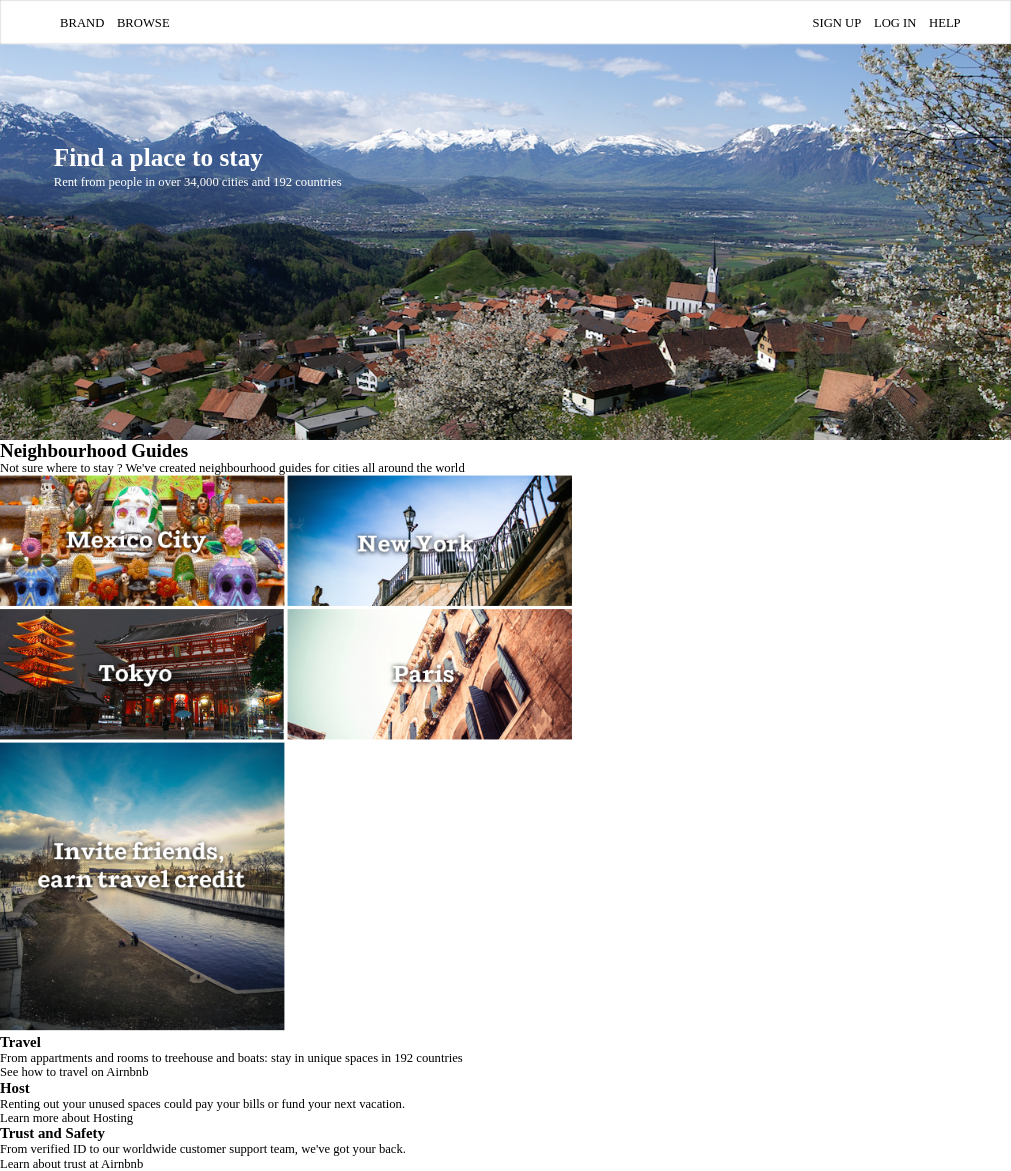
Repository: Naohonproject/web101x02_asm1
Page: Project2.html
An editor plug-in stored every save of this project. The page is shown before and after the next save, followed by the edit.
The browser window is 1280 px wide. The pictures show the whole page, at 79% of full size.

Above is the page before, as saved 2022-01-15 18:27:29.

### Project2.html
<!-- @format -->

<!DOCTYPE html>
<html lang="en">
	<head>
		<meta charset="UTF-8" />
		<meta http-equiv="X-UA-Compatible" content="IE=edge" />
		<meta name="viewport" content="width=device-width, initial-scale=1.0" />
		<link rel="stylesheet" href="./assets/css/style.css" />
		<link rel="stylesheet" href="./assets/css/responsive.css" />
		<title>Homepage</title>
	</head>
	<body>
		<div id="header">
			<div class="header-wrapper">
				<div class="nav-bar">
					<ul class="left-nav pull-left">
						<li>Brand</li>
						<li>Browse</li>
					</ul>
					<ul class="right-nav pull-right">
						<li><a href="Signup.html">Sign Up</a></li>
						<li><a href="login.html" target="_blank">Log In</a></li>
						<li>Help</li>
					</ul>
				</div>
			</div>
		</div>

		<div id="banner">
			<div class="banner-wrapper">
				<div class="banner-text-content">
					<div class="content-heading">
						<h1 class="white-text">Find a place to stay</h1>
					</div>
					<div class="content-desc">
						<p class="white-text">
							Rent from people in over 34,000 cities and 192 countries
						</p>
					</div>
				</div>
			</div>
		</div>

		<div id="content">
			<div class="content-wrapper">
				<div class="content-heading">
					<h2>Neighbourhood Guides</h2>
					<p>
						Not sure where to stay ? We've created neighbourhood guides for
						cities all around the world
					</p>
				</div>
				<div class="content-images-table">
					<div>
						<img
							src="./assets/img/web101x-Mexico City.png"
							alt="Mexico City"
							width="360"
						/>
						<img
							src="./assets/img/web101x-New York.png"
							alt="New York City"
							width="360"
						/>
					</div>
					<div>
						<img
							src="./assets/img/web101x-Tokyo.png"
							alt="Tokyo City"
							width="360"
						/>
						<img
							src="./assets/img/web101x-Paris.png"
							alt="Paris City"
							width="360"
						/>
					</div>
					<div>
						<img
							src="./assets/img/web101x-Invitation.png"
							alt="Invitation image"
							width="360"
						/>
					</div>
				</div>
			</div>
		</div>

		<div id="footer">
			<div class="footer-wrapper">
				<div class="footer-block">
					<h3>Travel</h3>
					<p>
						From appartments and rooms to treehouse and boats: stay in unique
						spaces in 192 countries
					</p>
					<a href="#">See how to travel on Airnbnb</a>
				</div>

				<div class="footer-blockr">
					<h3>Host</h3>
					<p>
						Renting out your unused spaces could pay your bills or fund your
						next vacation.
					</p>
					<a href="#">Learn more about Hosting</a>
				</div>

				<div class="footer-block">
					<h3>Trust and Safety</h3>
					<p>
						From verified ID to our worldwide customer support team, we've got
						your back.
					</p>
					<a href="#">Learn about trust at Airnbnb</a>
				</div>
			</div>
		</div>
	</body>
</html>

### assets/css/style.css
/** @format */

/* common */

/* reset css */
* {
	box-sizing: border-box;
	padding: 0;
	margin: 0;
	text-decoration: none;
	color: #000;
}

/* row style */
.row {
}
/* collumn style */
.col {
}

.col-haft {
}

.col-third {
}

.align-center {
}
/* Set text lineweight to Bold */
.bold-text {
}
.white-text {
	color: #fff !important;
}
.btn-hover {
}

.pull-left {
	float: left !important;
}

.pull-right {
	float: right !important;
}

/* specific */

html {
	font-family: "Times New Roman", Times, serif;
}

/* start styling header */
#header {
	height: 56px;
	width: 100%;
	background-color: #fff;
	background-clip: border-box;
	box-shadow: 0 0 2px grey inset;
	color: #000;
	font-size: 16px;
	text-transform: uppercase;
	font-weight: 500;
	position: fixed;
	top: 0;
	left: 0;
}

#header li {
	display: inline-block;
	margin-left: 12px;
}

.header-wrapper {
	padding: 20px 64px;
}
/* end styling header */

/* start styling banner */
#banner {
	width: 100%;
	margin-top: 56px;
	padding-top: 39.123607%;
	background: url(../img/banner/banner.png) top center / cover no-repeat;
	background-origin: border-box;
	position: relative;
	top: 0;
	left: 0;
}

.banner-text-content {
	position: absolute;
	top: 25%;
	left: 64px;
}

#banner .content-heading,
.content-desc {
	padding: 0px 4px;
	margin-bottom: 4px;
}

Loaded but not shown: assets/css/responsive.css (no stored copy; drawn as an empty file)

After the next save:
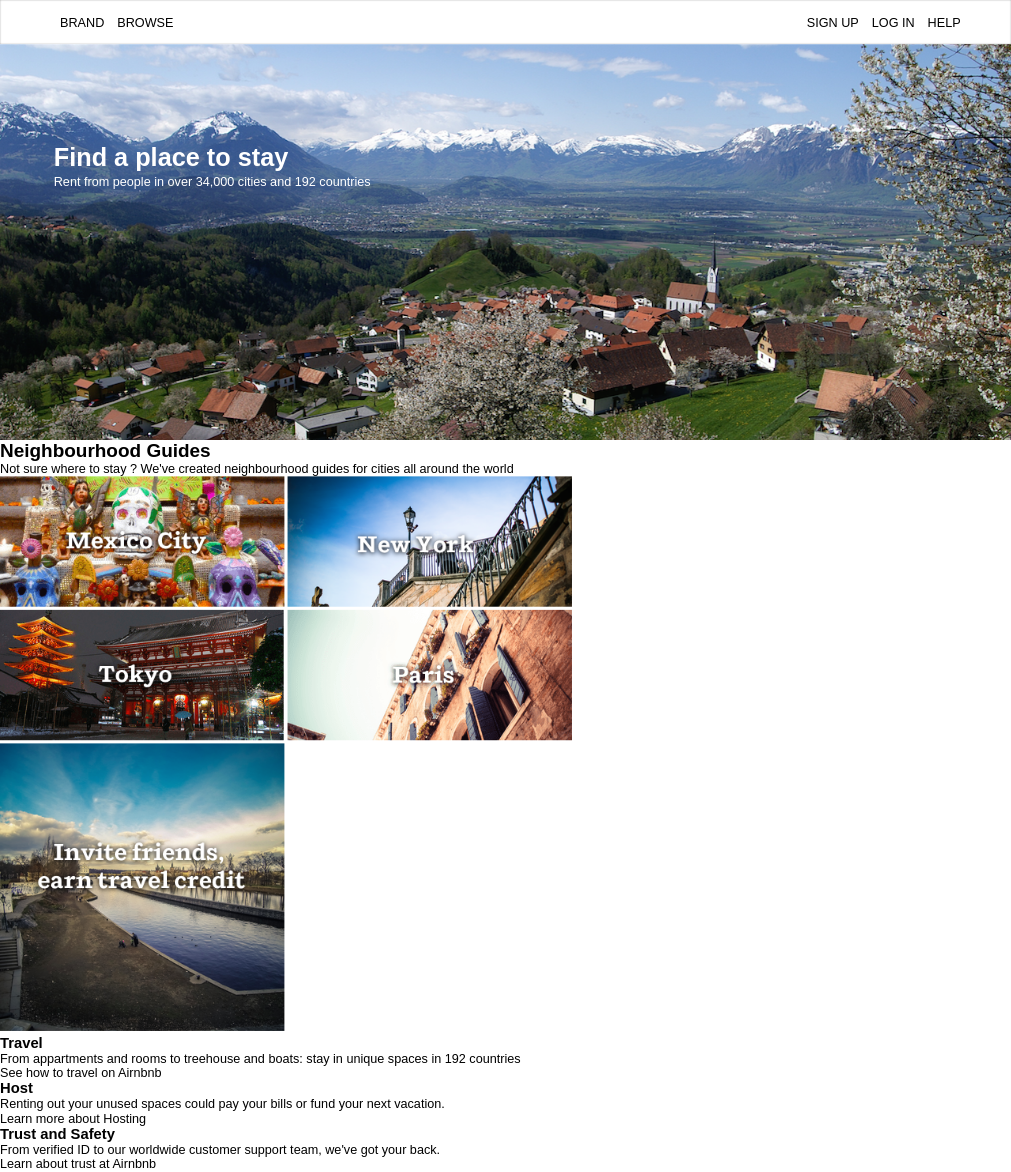
Saved 51 s later.
--- a/assets/css/style.css
+++ b/assets/css/style.css
@@ -46,7 +46,7 @@
 /* specific */
 
 html {
-	font-family: "Times New Roman", Times, serif;
+	font-family: Arial, Helvetica, sans-serif;
 }
 
 /* start styling header */
